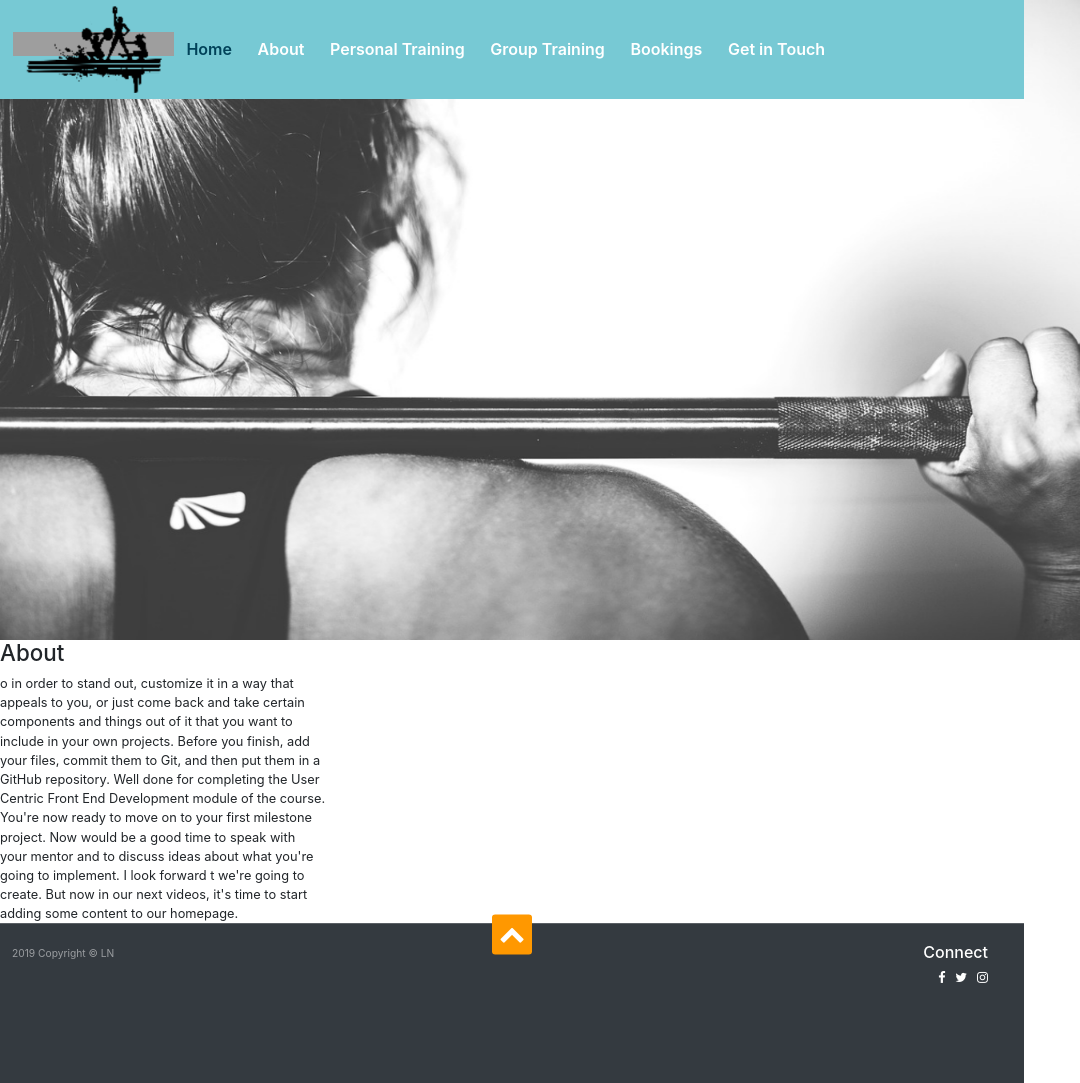
Repository: murphya14/Fitness-webpage
Page: index.html
The author's editor kept a record of every edit. The page is drawn from the files as they stood at one moment, then again after the next edit.
The browser window is 1280 px wide. The page is 1350 px wide, so the pictures cover 1350 px, including what lies to the right of the window. The pictures show the whole page, at 80% of full size.
Pictures or frames that could not be fetched are drawn as grey boxes.

Above is the page before.

### index.html
<!DOCTYPE html>
<html lang="en">

<head>
  <meta charset="UTF-8">
  <meta name="viewport" content="width=device-width, initial-scale=1.0">
  <meta http-equiv="X-UA-Compatible" content="ie=edge">
  <link rel="stylesheet" href="assets/css/style.css" />
  <link rel="stylesheet" href="https://stackpath.bootstrapcdn.com/bootstrap/4.3.1/css/bootstrap.min.css" <link rel="stylesheet" href="https://stackpath.bootstrapcdn.com/font-awesome/4.7.0/css/font-awesome.min.css" type="text/css" />
  <link rel="shortcut icon" type="image/x-icon" href="assets/favicon.ico">
  <link rel="stylesheet" href="https://cdnjs.cloudflare.com/ajax/libs/font-awesome/4.7.0/css/font-awesome.min.css">
  <link rel="stylesheet" type="text/css" href="//fonts.googleapis.com/css?family=Dancing+Script" />
 <title>Home</title>
</head>

<body>



  <header>
    <!-- Logo and Nav bar-->
    <!-- Used help from Stack overflow: https://stackoverflow.com/questions/23949804/how-to-change-link-color-bootstrap-->


    <nav class="navbar navbar-expand-lg navbar-custom  fixed-top navbar-light topnav">
      <div><a class="logo container-fluid" href="index.html">
          <img src="assets/images/logo.png" alt="">
        </a></div>


      <div>
        <div >
        <ul class="nav justify-content-center">

          <li class="nav-item">
            <a class="nav-link active " href="#">Home</a>
          </li>
          <li class="nav-item ">
            <a class="nav-link" href="#">About</a>
          </li>
          <li class="nav-item  ">
            <a class="nav-link" href="#">Personal Training</a>
            <li class="nav-item ">
              <a class="nav-link" href="#">Group Training</a>
            </li>
            <li class="nav-item ">
              <a class="nav-link" href="#">Bookings</a>
            </li>
            <li class="nav-item ">
              <a class="nav-link" href="#">Get in Touch</a>
            </li>
        </ul>

</div>


      <select id="select">
    <option value="index.html" selected="selected">Home</div>
    <option value="about.html">About</option>
    <option value="training.html">Personal Training</option>
    <option value="group-training">Group Training</option>
    <option value="get-in-touch">Get in Touch</option>
  </select>

    </nav>


  </header>


  <div>
    <section class="section">

<div container-fluid>

          <div class="row main-image">

            <div class="image col-12">
           <img src="assets/images/home-pic.jpg" alt="Woman holding barbell">

 <h2 class="image-text">LN Fitness</h2>

</div>
</div>

  </div>
 </div>

        <div class="row">
          <div class="col-md-4">
            <h3 class="section-heading uppercase">About</h3>
            o in order to stand out, customize it in a way that appeals to you, or just come back and take certain components and things out of it that you want to include in your own projects. Before you finish, add your files, commit them to Git, and then put them
            in a GitHub repository. Well done for completing the User Centric Front End Development module of the course. You're now ready to move on to your first milestone project. Now would be a good time to speak with your mentor and to discuss ideas
            about what you're going to implement. I look forward t we're going to create. But now in our next videos, it's time to start adding some content to our homepage.
          </div>

        </div>
      </section>
  </div>







  <footer id="footer" class="container-fluid py-4 bg-dark text-white-50">
    <div class="row">

      <div class="col-sm-4 text-footer">
        <small>2019 Copyright &copy; LN</small></div>

      <div class="col-sm-4 "><a id="button"></a></div>


<div class="col-sm-4">


        <div class="footer-link">
          <h5 class="uppercase general-sub">Connect</h5>
          <ul class="list-inline social-links">
            <li class="list-inline-item">
              <a target="_blank" href="#">
                            <i class="fa fa-facebook" aria-hidden="true"></i>
                            <span class="sr-only">Facebook</span>
                        </a>
            </li>
            <li class="list-inline-item">
              <a target="_blank" href="#">
                            <i class="fa fa-twitter" aria-hidden="true"></i>
                            <span class="sr-only">Twitter</span>
                        </a>
            </li>


            <li class="list-inline-item">
              <a target="_blank" href="#">
                            <i class="fa fa-instagram" aria-hidden="true"></i>
                            <span class="sr-only">Instagram</span>
                        </a>
            </li>

          </ul>
        </div>

</div>

  </footer>


  <!--------------Back to top button created with help from https://www.templatemonster.com/blog/back-to-top-button-css-jquery/--->
  <script src="https://code.jquery.com/jquery-3.4.1.slim.min.js"></script>
  <script src="https://cdnjs.cloudflare.com/ajax/libs/popper.js/1.15.0/umd/popper.min.js"></script>
  <script src="https://stackpath.bootstrapcdn.com/bootstrap/4.3.1/js/bootstrap.min.js"></script>


  <script>
    jQuery(document).ready(function() {

      var btn = $('#button');

      $(window).scroll(function() {
        if ($(window).scrollTop() > 300) {
          btn.addClass('show');
        }
        else {
          btn.removeClass('show');
        }
      });

      btn.on('click', function(e) {
        e.preventDefault();
        $('html, body').animate({ scrollTop: 0 }, '300');
      });

    });
  </script>




</body>

</html>

### assets/css/style.css
/*----------------------------------------------- Colours*/

.nav-link {
    color: white;
}

.active {
    color: #014259 ;
}

.navbar {
    background-color: #77C9D4;

}


li a:hover {
    color: #f7ce3e;
}

/*--------------------------------------------- General*/

body {font-size: 17px;
    font-family: "arial", sans-serif;
}

.center {
  display: block;
  margin-left: auto;
  margin-right: auto;
  width: 50%;
}


.inline-block {
    display: inline-block;
}

.main-image {width:100%;
    height:100%;
    padding-left:0;
}

.image-text {
  position: absolute;
  top: 8px;
  right: 16px;
  z-index: 1000;
  color: blue;
}

/*--------------------------------------------- Nav bar*/

nav ul {
    padding: 8px;
    margin-right: 0;
    display: block;
    font-size: 20px;
    font-weight: 600;

}

.logo {
    position: static;
    background: url("../images/rosie.jpg");
    background-position: center;
    background-repeat: no-repeat;
    padding-top: 10px;
    padding-left: 10px;
    min-height: 100px;
    transition: all .5s ease-in-out;
    -moz-transition: all .5s ease-in-out;
    -webkit-transition: all .5s ease-in-out;
    height: 10%;
    width: 25%;
}

.header {
    position: fixed;
    top: 0;
    left: 0;
    right: 0;
    background-color: #e84610;
    padding: 15px 25px;
}

nav select {
    display: none;
    background-color: #77C9D4;
    color: white;
    border: 1px solid #778899;
   position: relative;
   cursor: pointer;
   top: 100%;
  left: 0;
  right: 0;
  z-index: 99;

}

#select {color: #f7ce3e;
    background-color:  #014259;
}

/*--------------------------------------------- footer*/

#button {
  text-align: center;
  display: inline-block;
  background-color: #FF9800;
  width: 50px;
  height: 50px;
  border-radius: 4px;
  bottom: 10px;
  right: 30px;
  transition: background-color .3s;
  z-index: 1000;
  position: relative;
   left: 50%;

     transform: translate(-50%,-50%);


}


#button:hover {
  cursor: pointer;
  background-color: #333;
}
#button:active {
  background-color: #555;
}

#button::after {
  content: "\f077";
  font-family: FontAwesome;
  font-weight: normal;
  font-style: normal;
  font-size: 2em;
  line-height: 50px;
  color: #fff;
}

.footer-link
{color: white;
text-align: right;
  position
    float: none;
    padding-right: 30px;
    padding-bottom:30px;
    font-size:33;
    font-weight: 500;

  left: 80%;
}

footer a {color:white;}

 footer  a:hover {
    color: #f7ce3e;
}

.text-footer {float: left;
padding-bottom: 5px;
text-align: left;

}

#footer { min-height: 120px;
height:200px;
    margin: 0;}



/*------------- Responsive design*/

/* Extra small devices (phones, 600px and down) */


@media only screen and (max-width: 600px) {

/*------------------------------------- Changing the menu to a select bar for smaller screens*/
  .topnav {display: none;
    }
    nav select {
        display: inline-block;
        width: 55%;
        height: 25%;
          border-radius: 4px;
        position: left;
    }
    .nav-item {
        display: none;
    }
    .logo {
        position: right;
        height: 80%;
    }
}






/* Small devices (portrait tablets and large phones, 600px and up) */

@media only screen and (min-width: 600px) {}

/* Medium devices (landscape tablets, 768px and up) */

@media only screen and (min-width: 768px) {
    ...
}

/* Large devices (laptops/desktops, 992px and up) */

@media only screen and (min-width: 992px) {
    ...
}

/* Extra large devices (large laptops and desktops, 1200px and up) */

@media only screen and (min-width: 1200px)
}

After the next edit:
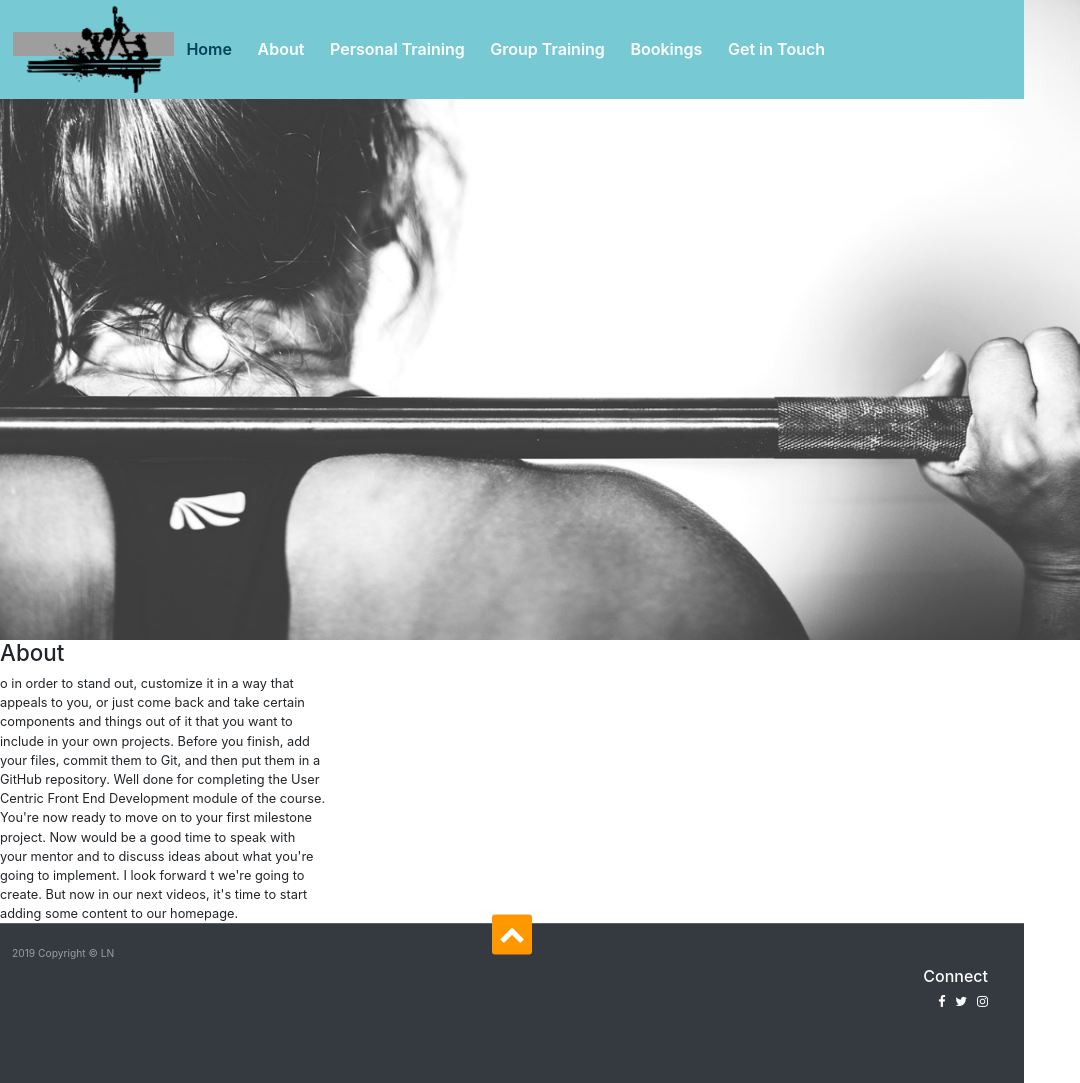
The edit:
--- a/assets/css/style.css
+++ b/assets/css/style.css
@@ -148,7 +148,7 @@
   position
     float: none;
     padding-right: 30px;
-    padding-bottom:30px;
+    padding-top:30px;
     font-size:33;
     font-weight: 500;
 
